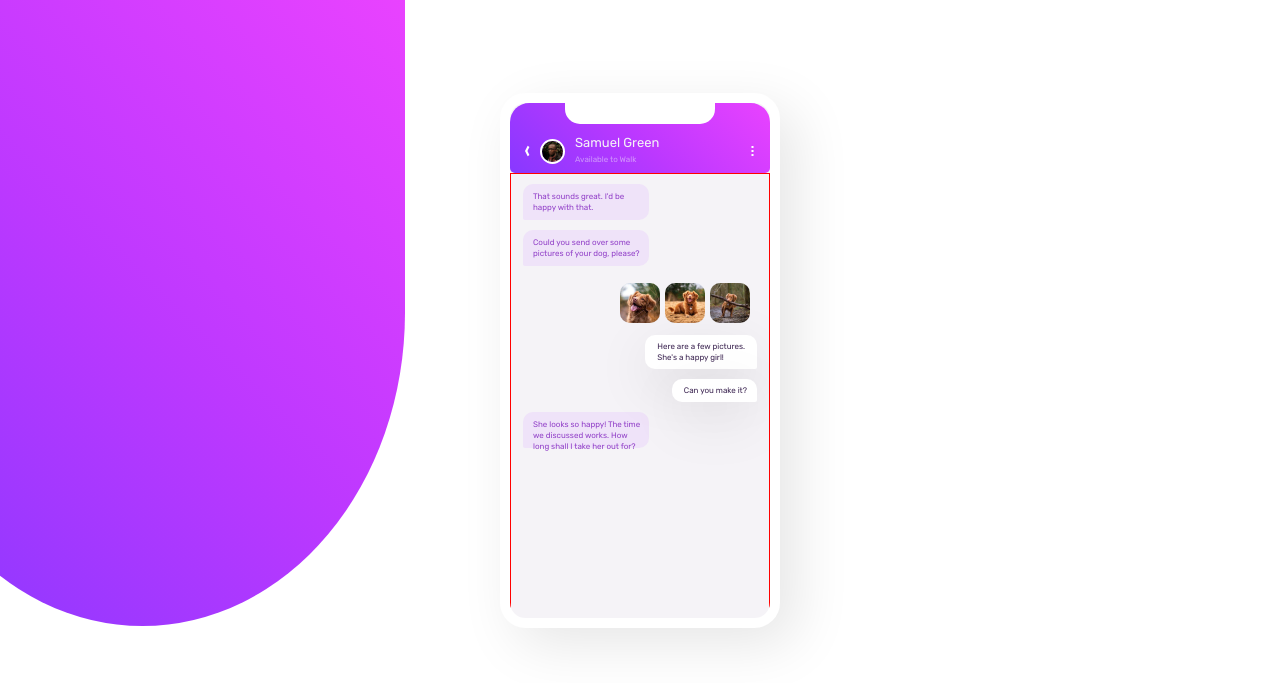
Repository: KamoliddinGIT/chat-app-css-illustration
Page: index.html
An editor plug-in stored every save of this project. The page is shown before and after the next save, followed by the edit.
The browser window is 1280 px wide. The pictures show the whole page.

Above is the page before, as saved 2023-09-25 18:32:58.

After the next save:
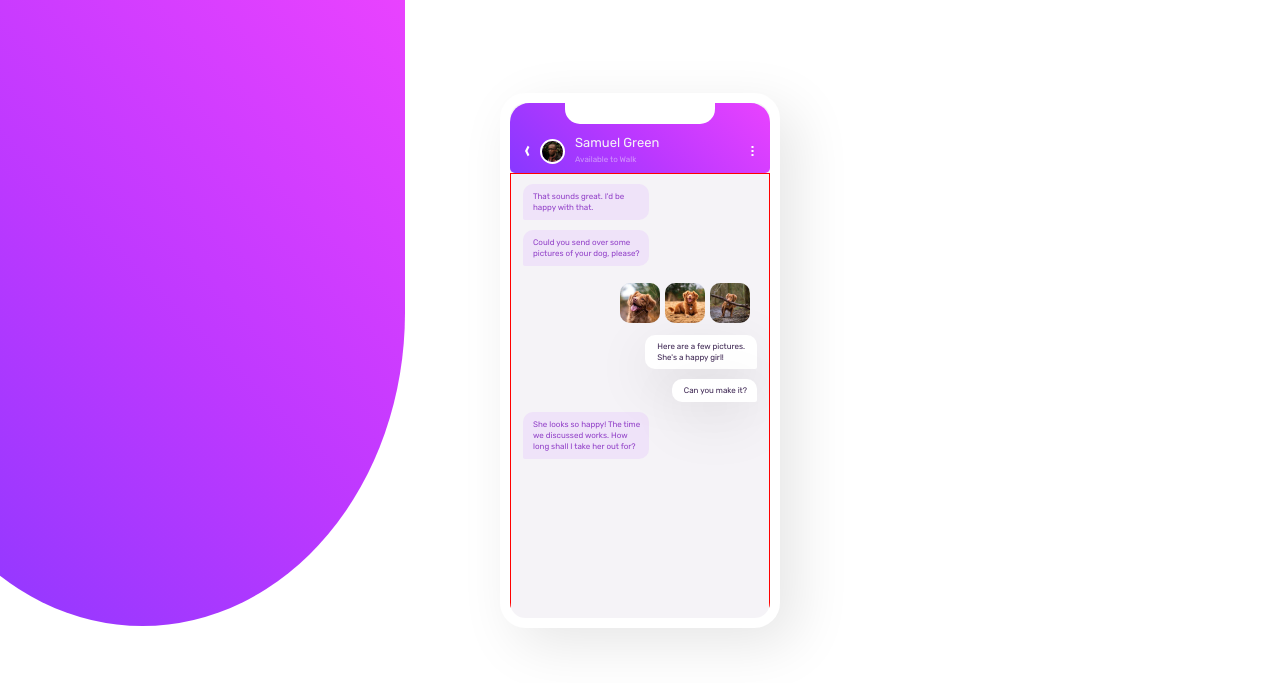
Saved 11 s later.
--- a/css/style.css
+++ b/css/style.css
@@ -131,7 +131,7 @@
 
 .receive-message {
   width: 126px;
-  height: 36px;
+  min-height: 36px;
   background-color: hsla(276, 100%, 81%, 0.2);
   padding: 7px 5px 7px 10px;
   border-radius: 10px 10px 10px 2px;
